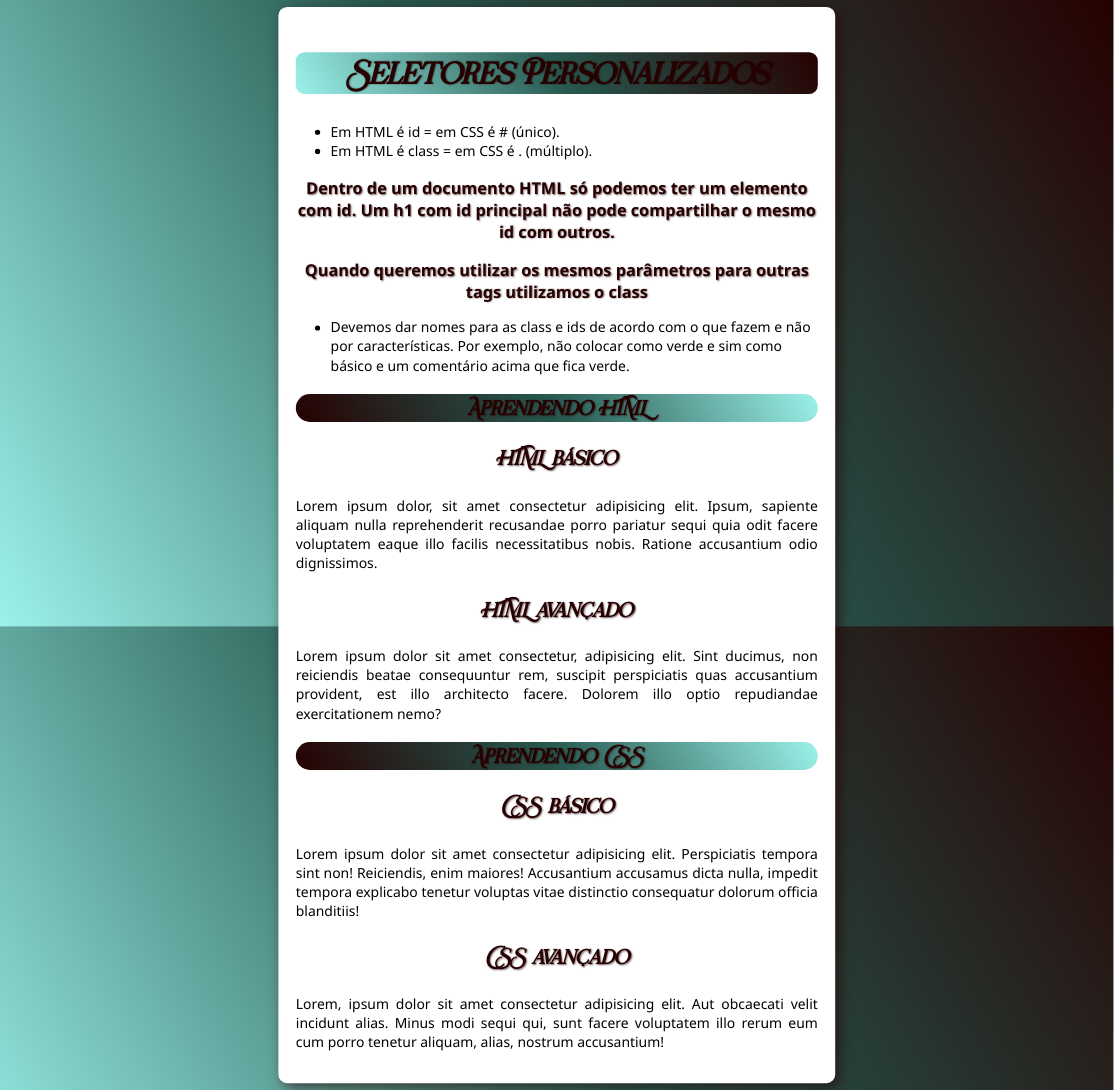
Repository: Willcmorais/vscode-workspace
Page: html-css/curso-em-video/modulo02/estudos/ex024-seletores-personaliz/index.html
These files come from the project's save history. The page is drawn as it stood at one moment and after a run of saves; the edit follows.
The browser window is 1280 px wide. The pictures show the whole page, at 87% of full size.
Backgrounds fixed to the window are drawn as part of the page.

Above is the page before, as saved 2024-09-23 10:11:32.

### html-css/curso-em-video/modulo02/estudos/ex024-seletores-personaliz/index.html
<!DOCTYPE html>
<html lang="pt-br">

<head>
    <meta charset="UTF-8">
    <meta name="viewport" content="width=device-width, initial-scale=1.0">
    <title>Usando o id com CSS</title>
    <link rel="stylesheet" href="style.css">
    <style>
        @font-face {
            font-family: 'Rusilla';
            src: url('fonts/Rusillaserif-Regular.ttf') format('opentype');
            font-weight: normal;
            font-style: normal;
        }
    </style>
</head>

<body>
    <main>
        <h1 id="principal">Seletores Personalizados</h1>
        <ul>
            <li>Em HTML é id = em CSS é # (único).</li>
            <li>Em HTML é class = em CSS é . (múltiplo).</li>
        </ul>
        <h3>Dentro de um documento HTML só podemos ter um elemento com id. Um h1 com id principal não pode compartilhar
            o mesmo id com outros.</h3>
        <h3>Quando queremos utilizar os mesmos parâmetros para outras tags utilizamos o class</h3>
        <ul>
            <li>Devemos dar nomes para as class e ids de acordo com o que fazem e não por características. Por exemplo,
                não
                colocar como verde e sim como básico e um comentário acima que fica verde.</li>
        </ul>
        <h1 class="principal">Aprendendo HTML</h1>
        <h2 class="basico">HTML básico</h2>
        <p>Lorem ipsum dolor, sit amet consectetur adipisicing elit. Ipsum, sapiente aliquam nulla reprehenderit
            recusandae porro pariatur sequi quia odit facere voluptatem eaque illo facilis necessitatibus nobis. Ratione
            accusantium odio dignissimos.</p>
        <h2 class="avancado">HTML avançado</h2>
        <p>Lorem ipsum dolor sit amet consectetur, adipisicing elit. Sint ducimus, non reiciendis beatae consequuntur
            rem, suscipit perspiciatis quas accusantium provident, est illo architecto facere. Dolorem illo optio
            repudiandae exercitationem nemo?</p>
        <h1 class="principal">Aprendendo CSS</h1>
        <h2 class="basico">CSS básico</h2>
        <p>Lorem ipsum dolor sit amet consectetur adipisicing elit. Perspiciatis tempora sint non! Reiciendis, enim
            maiores! Accusantium accusamus dicta nulla, impedit tempora explicabo tenetur voluptas vitae distinctio
            consequatur dolorum officia blanditiis!</p>
        <h2 class="avancado">CSS avançado</h2>
        <p>Lorem, ipsum dolor sit amet consectetur adipisicing elit. Aut obcaecati velit incidunt alias. Minus modi
            sequi qui, sunt facere voluptatem illo rerum eum cum porro tenetur aliquam, alias, nostrum accusantium!</p>

    </main>

</body>

</html>

### html-css/curso-em-video/modulo02/estudos/ex024-seletores-personaliz/style.css
@charset "utf8";

* {
    /*safe combination, ele usa a primeira letra q achar*/
    font-family: 'Segoe UI', Tahoma, Geneva, Verdana, sans-serif;
}

body {
    background-image: linear-gradient(-120deg, #260101, #275950, #9BF2EA);
    background-attachment: fixed;
}

img {
    /* As imagens são inline por padrão, então precisamos torná-las block */
    display: block;
    /* Centraliza horizontalmente */
    margin: 0 auto;
}

main {
    background-color: white;
    /*arredonda as bordas*/
    border-radius: 10px;
    /*1 parametro é o lado da sombra, 2 é para baixo, 3 é o quanto espalha e 4 o quanto de transparência tem(ou cor)*/
    box-shadow: 5px 5px 15px rgba(38, 1, 1, 0.619);
    /*largura do recorte*/
    width: 600px;
    /*distancia das bordas com o conteúdo*/
    padding: 20px;
    /*altera automaticamente a margem para o centro da tela*/
    margin: auto;
}

h1#principal {
    font: italic bolder 3em 'Rusilla';
    text-align: center;
    color: #260101;
    background-image: linear-gradient(-120deg, #260101, #275950, #9BF2EA);
    border-radius: 10px;
    /*mesmos parametros para o box-shadow*/
    text-shadow: 1px 1px 2px rgba(38, 1, 1, 0.615);
}

.principal {
    font: italic bold 2em 'Rusilla';
    text-align: center;
    color: #260101;
    background-image: linear-gradient(-120deg, #9BF2EA, #275950, #260101);
    border-radius: 30px;
    /*mesmos parametros para o box-shadow*/
    text-shadow: 1px 1px 2px rgba(38, 1, 1, 0.615);
}

.basico {
    font: italic bold 2em 'Rusilla';
    text-align: center;
    color: #260101;
    border-radius: 30px;
    /*mesmos parametros para o box-shadow*/
    text-shadow: 1px 1px 2px rgba(38, 1, 1, 0.615);
}

.avancado {
    font: italic bold 2em 'Rusilla';
    text-align: center;
    color: #260101;
    border-radius: 30px;
    /*mesmos parametros para o box-shadow*/
    text-shadow: 1px 1px 2px rgba(38, 1, 1, 0.615);
}

h1 {
    text-align: center;
    color: #260101;
    /*mesmos parametros para o box-shadow*/
    text-shadow: 1px 1px 2px rgba(38, 1, 1, 0.615);
}

h2 {
    color: #260101;
    text-shadow: 1px 1px 2px rgba(38, 1, 1, 0.615);
}

h3 {
    text-align: center;
    color: #260101;
    text-shadow: 1px 1px 2px rgba(38, 1, 1, 0.615);
}

p {
    text-align: justify;
}

After the next 2 saves:
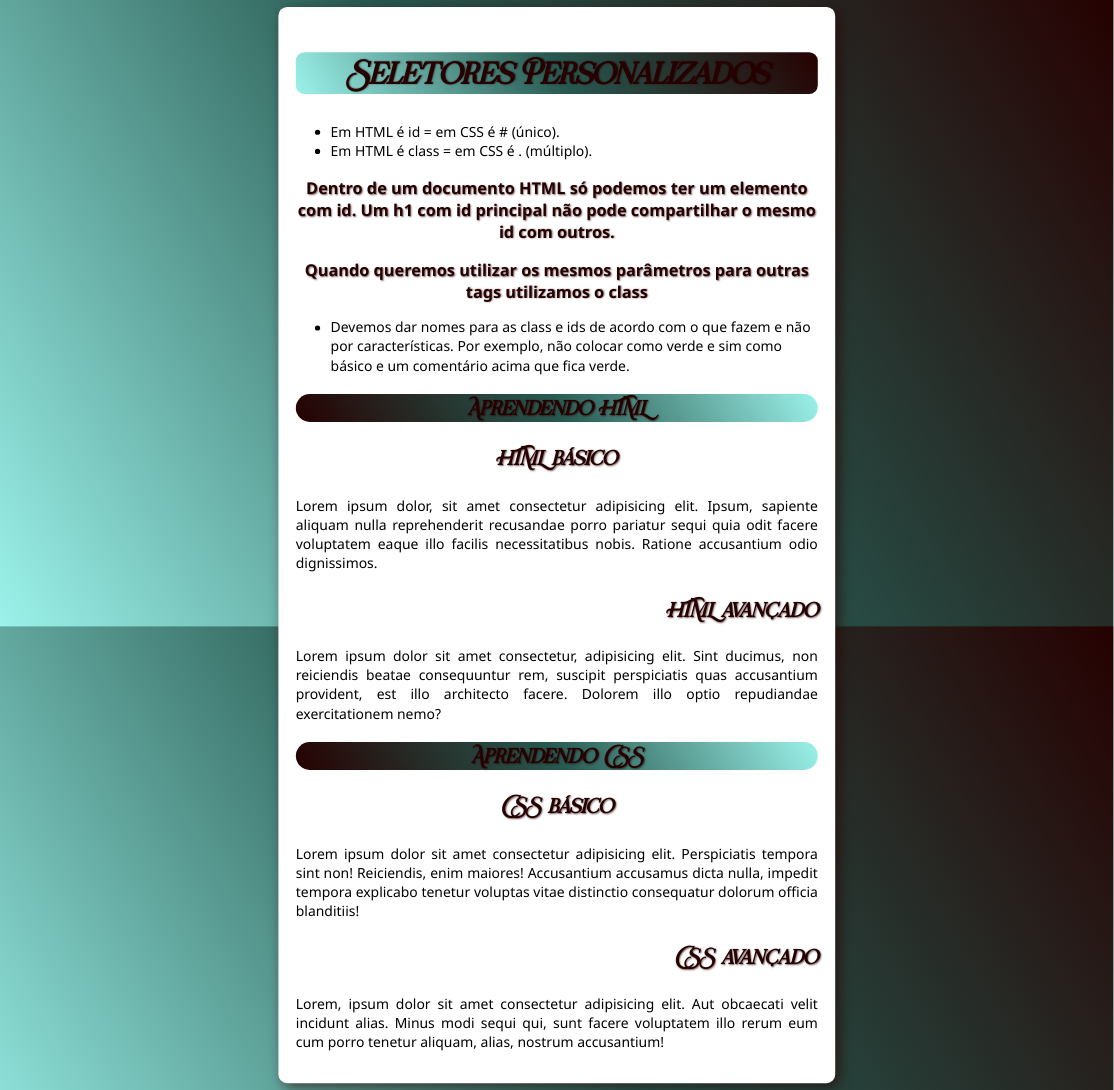
The 2 saves are shown as one change because they came seconds apart.
The last was saved 13 s later.
--- a/html-css/curso-em-video/modulo02/estudos/ex024-seletores-personaliz/style.css
+++ b/html-css/curso-em-video/modulo02/estudos/ex024-seletores-personaliz/style.css
@@ -62,7 +62,7 @@ h1#principal {
 
 .avancado {
     font: italic bold 2em 'Rusilla';
-    text-align: center;
+    text-align: right;
     color: #260101;
     border-radius: 30px;
     /*mesmos parametros para o box-shadow*/
